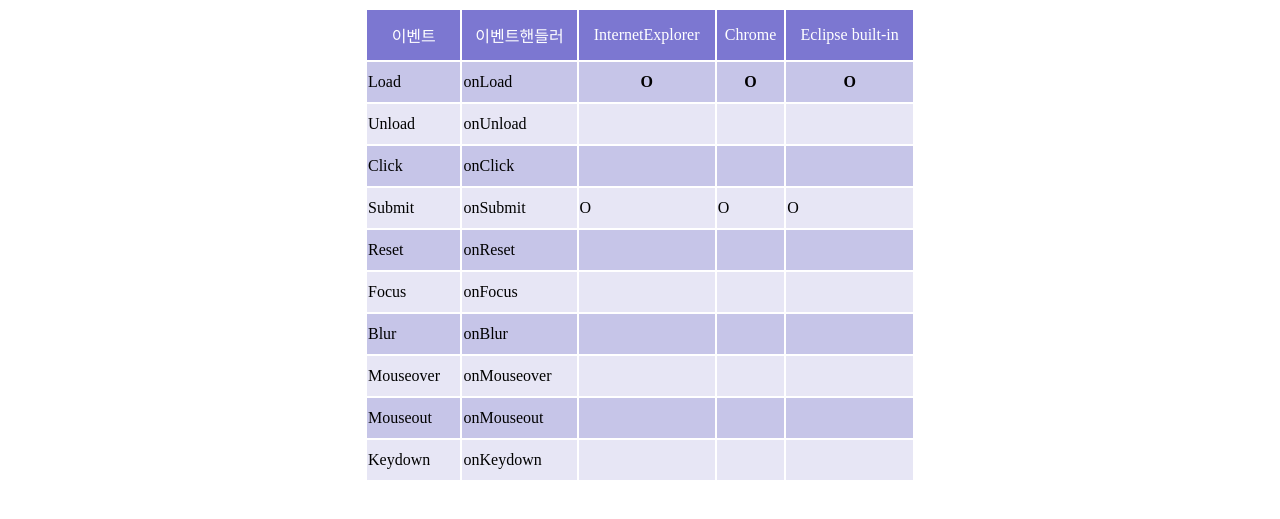
Repository: jpg723/Assignment
Page: 웹프로그래밍/Practice_A_01/src/main/webapp/practice_A_01.html
An editor plug-in stored every save of this project. The page is shown before and after the next save, followed by the edit.
The browser window is 1280 px wide. The pictures show the whole page.

Above is the page before, as saved 2021-10-02 05:37:42.

After the next save:
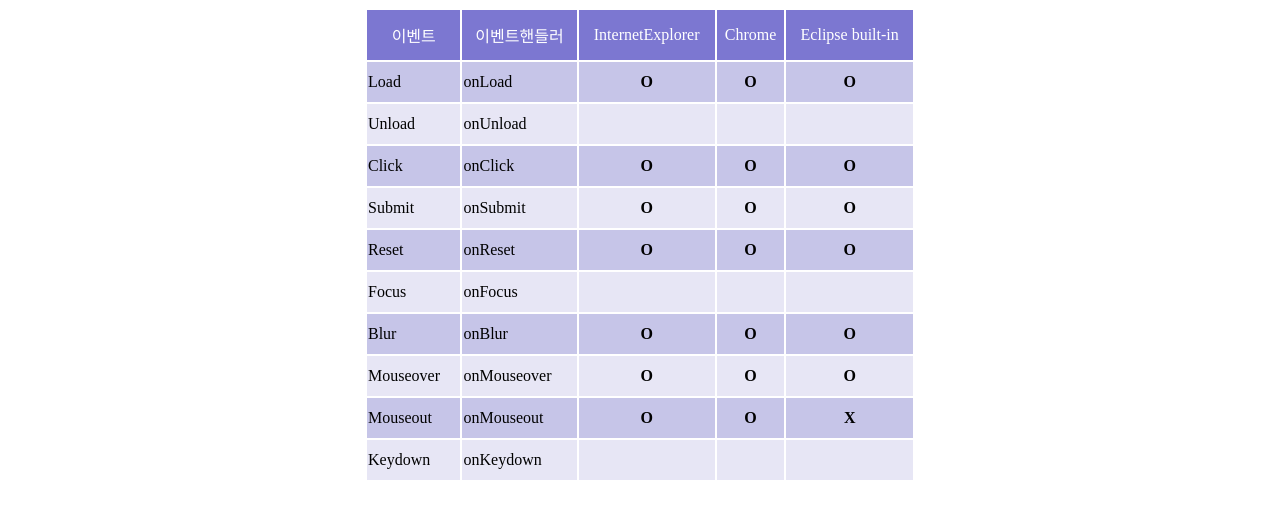
Saved 11 min 49 s later.
--- a/웹프로그래밍/Practice_A_01/src/main/webapp/practice_A_01.html
+++ b/웹프로그래밍/Practice_A_01/src/main/webapp/practice_A_01.html
@@ -59,23 +59,23 @@
 			<tr class= "box2">
 				<td>Click</td>
 				<td>onClick</td>
-				<td></td>
-				<td></td>
-				<td></td>
+				<th>O</th>
+				<th>O</th>
+				<th>O</th>
 			</tr>
 			<tr class= "box3">
 				<td>Submit</td>
 				<td>onSubmit</td>
-				<td>O</td>
-				<td>O</td>
-				<td>O</td>
+				<th>O</th>
+				<th>O</th>
+				<th>O</th>
 			</tr>
 			<tr class= "box2">
 				<td>Reset</td>
 				<td>onReset</td>
-				<td></td>
-				<td></td>
-				<td></td>
+				<th>O</th>
+				<th>O</th>
+				<th>O</th>
 			</tr>
 			<tr class= "box3">
 				<td>Focus</td>
@@ -87,23 +87,23 @@
 			<tr class= "box2">
 				<td>Blur</td>
 				<td>onBlur</td>
-				<td></td>
-				<td></td>
-				<td></td>
+				<th>O</th>
+				<th>O</th>
+				<th>O</th>
 			</tr>
 			<tr class= "box3">
 				<td>Mouseover</td>
 				<td>onMouseover</td>
-				<td></td>
-				<td></td>
-				<td></td>
+				<th>O</th>
+				<th>O</th>
+				<th>O</th>
 			</tr>
 			<tr class= "box2">
 				<td>Mouseout</td>
 				<td>onMouseout</td>
-				<td></td>
-				<td></td>
-				<td></td>
+				<th>O</th>
+				<th>O</th>
+				<th>X</th>
 			</tr>
 			<tr class= "box3">
 				<td>Keydown</td>
